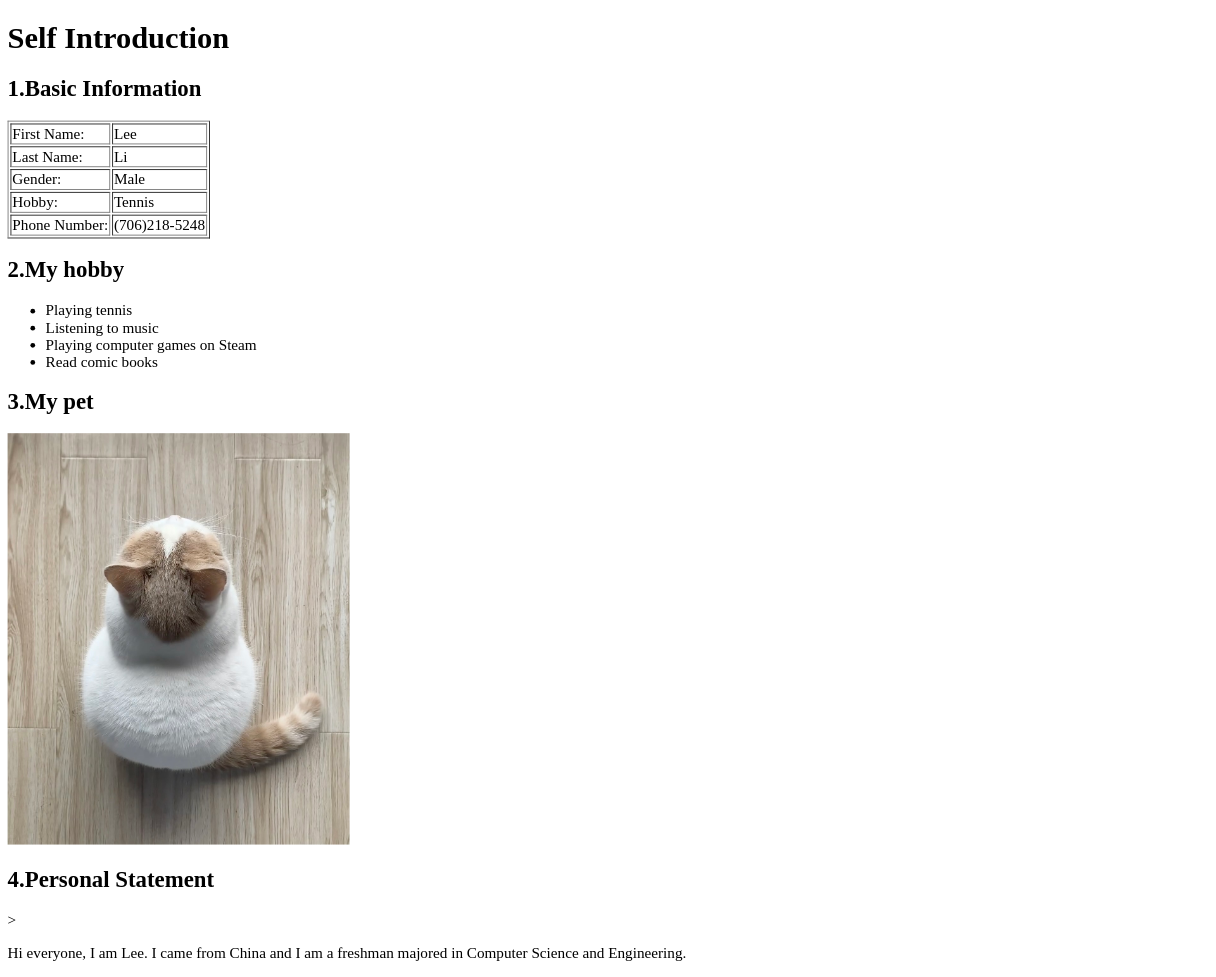
Repository: RigelLM/Java-Learning
Page: HomePage/public/Index.html
The author's editor kept a copy of each file at every save. The page is drawn from the files as they stood at one save, then again after the next save.
The browser window is 1280 px wide. The pictures show the whole page, at 95% of full size.

Above is the page before, as saved 2023-01-17 17:28:21.

After the next save:
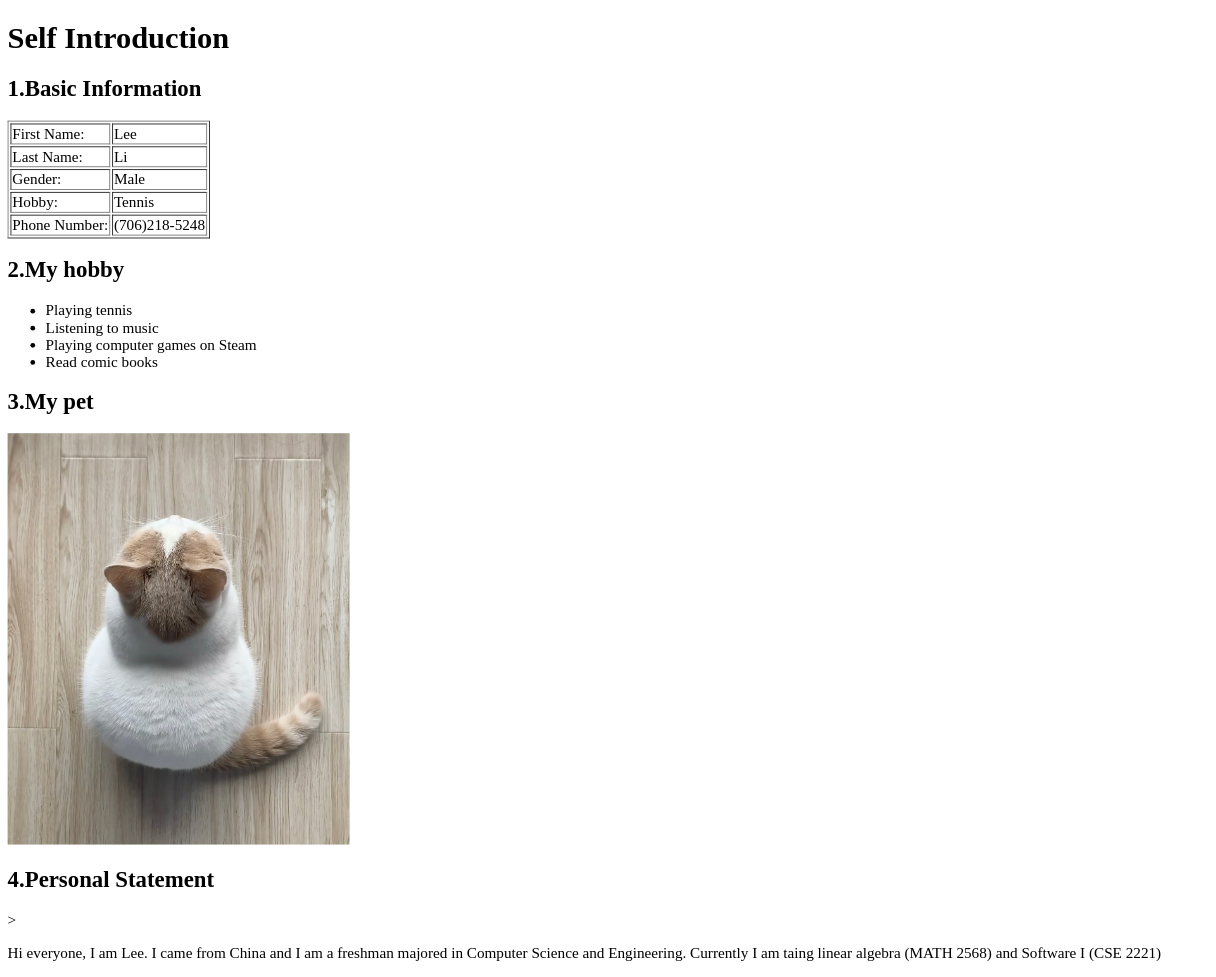
Saved 44 s later.
--- a/HomePage/public/Index.html
+++ b/HomePage/public/Index.html
@@ -38,6 +38,6 @@
 <h2>3.My pet</h2>
 <img src="cat.jpg" alt="My Cat" width="360" height="433">
 <h2>4.Personal Statement</h2>>
-<p>Hi everyone, I am Lee. I came from China and I am a freshman majored in Computer Science and Engineering.</p>
+<p>Hi everyone, I am Lee. I came from China and I am a freshman majored in Computer Science and Engineering. Currently I am taing linear algebra (MATH 2568) and Software I (CSE 2221)</p>
 </body>
 </html>
